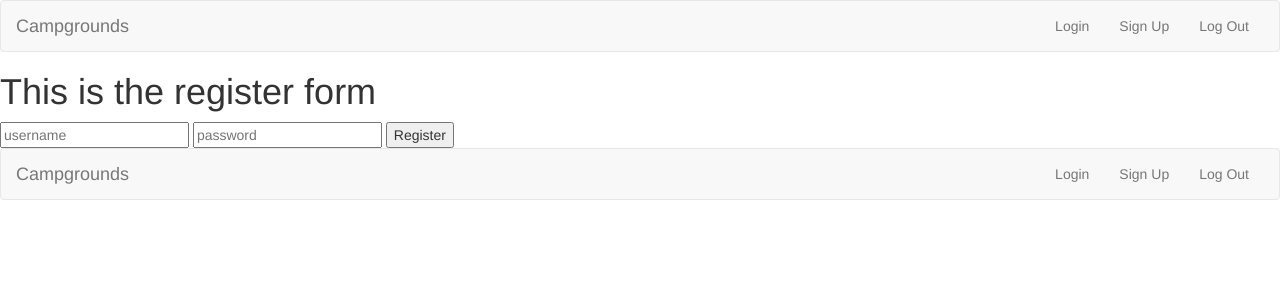
Repository: pichu0528/Web-Development
Page: http://localhost/register
The author's editor kept a record of every edit. The page is drawn from the files as they stood at one moment, then again after the next edit.
The browser window is 1280 px wide. The pictures show the whole page.
The page is served by the project's Node server (YelpCamp/v6/app.js). Other server files are loaded and not shown.

Above is the page before.
Console error (its wording comes from the project's code and is left out).

### YelpCamp/v6/views/register.ejs
<%include ./partials/header %>
<h1>This is the register form</h1>

<form action="/register" method="POST">
    <input type="text" name="username" placeholder="username">
    <input type="password" name="password" placeholder="password">
    <button>Register</button>
</form>
<%include ./partials/header %>

### YelpCamp/v6/views/partials/header.ejs
<!DOCTYPE html>
<html>
    <head>
        <title>YelpCamp</title>
        <script src="//maxcdn.bootstrapcdn.com/bootstrap/3.3.5/js/bootstrap.min.js"></script>
        <link rel="stylesheet" href="//maxcdn.bootstrapcdn.com/bootstrap/3.3.5/css/bootstrap.min.css">
        <link rel="stylesheet" href="/stylesheets/main.css">
    </head>
    <body>
        <nav class="navbar navbar-default">
            <div class="container-fluid">
                <div class="navbar-header">
                    <a class="navbar-brand" href="/">Campgrounds</a>
                </div>
                <div class="collapse navbar-collapse">
                    <ul class="nav navbar-nav navbar-right">
                        <li><a href="/login">Login</a></li>
                        <li><a href="/register">Sign Up</a></li>
                        <li><a href="/login">Log Out</a></li>
                    </ul>
                </div>
            </div>
        </nav>

### YelpCamp/v6/app.js
var express       = require("express"),
    app           = express(),
    bodyparser    = require("body-parser"),
    mongoose      = require("mongoose"),
    passport      = require("passport"),
    LocalStrategy = require("passport-local"),
    Campground    = require("./models/campground.js"),
    Comment       = require("./models/comment"),
    User          = require("./models/user"),
    seedDB        = require("./seeds");

/*Connecting to Mongo Database*/
mongoose.connect("mongodb://localhost:27017/yelp_camp",{ useNewUrlParser: true });



// var campgrounds = [
//     {name: "Mountain", image:"https://upload.wikimedia.org/wikipedia/commons/thumb/6/6e/Monasterio_Khor_Virap%2C_Armenia%2C_2016-10-01%2C_DD_25.jpg/1200px-Monasterio_Khor_Virap%2C_Armenia%2C_2016-10-01%2C_DD_25.jpg"},
//     {name: "Ocean", image:"https://kids.nationalgeographic.com/content/dam/kids/photos/articles/Nature/H-P/Habitats/Ocean/wave.ngsversion.1500050062134.adapt.1900.1.jpg"},
//     {name: "Jungle", image:"https://www.geckosadventures.com/sites/geckos/files/styles/low-quality/public/elements/product/hero/ecuador-amazon-jungle-river.jpg"},{name: "Mountain", image:"https://upload.wikimedia.org/wikipedia/commons/thumb/6/6e/Monasterio_Khor_Virap%2C_Armenia%2C_2016-10-01%2C_DD_25.jpg/1200px-Monasterio_Khor_Virap%2C_Armenia%2C_2016-10-01%2C_DD_25.jpg"},
//     {name: "Ocean", image:"https://kids.nationalgeographic.com/content/dam/kids/photos/articles/Nature/H-P/Habitats/Ocean/wave.ngsversion.1500050062134.adapt.1900.1.jpg"},
//     {name: "Jungle", image:"https://www.geckosadventures.com/sites/geckos/files/styles/low-quality/public/elements/product/hero/ecuador-amazon-jungle-river.jpg"},{name: "Mountain", image:"https://upload.wikimedia.org/wikipedia/commons/thumb/6/6e/Monasterio_Khor_Virap%2C_Armenia%2C_2016-10-01%2C_DD_25.jpg/1200px-Monasterio_Khor_Virap%2C_Armenia%2C_2016-10-01%2C_DD_25.jpg"},
//     {name: "Ocean", image:"https://kids.nationalgeographic.com/content/dam/kids/photos/articles/Nature/H-P/Habitats/Ocean/wave.ngsversion.1500050062134.adapt.1900.1.jpg"},
//     {name: "Jungle", image:"https://www.geckosadventures.com/sites/geckos/files/styles/low-quality/public/elements/product/hero/ecuador-amazon-jungle-river.jpg"}
// ];

app.use(bodyparser.urlencoded({extended:true}));
app.set("view engine", "ejs");
app.use(express.static(__dirname + "/public")); // linking CSS stylesheet
//seedDB();

// Passport Configuration
app.use(require("express-session")({
    secret: "This can be anything that we want",
    resave: false,
    saveUninitialized: false
}));
app.use(passport.initialize());
app.use(passport.session());
passport.use(new LocalStrategy(User.authenticate()));
passport.serializeUser(User.serializeUser());
passport.deserializeUser(User.deserializeUser());

// Middleware - Passing {currentUser: req.user} into every route
app.use(function(req,res,next){
    res.locals.currentUser = req.user;
    next();
});

app.get("/", function(req,res){
   res.render("landing");
});

//INDEX - show all campgrounds
app.get("/campgrounds", function(req, res){
    // Get all campgrounds from DB
    Campground.find({},function(err,allCampgrounds){
        if(err){
            console.log(err);
        }
        else{
            res.render("campgrounds/index",{campgrounds:allCampgrounds});
        }
    })
    // res.render("campgrounds",{campgrounds:campgrounds});
});

// CREATE - add campground to DB
app.post("/campgrounds", function(req,res){
   // get data from form and add to campgrounds array
   var name= req.body.name;
   var image=req.body.image;
   var desc = req.body.description;
   var newCampground = {name: name, image: image, description: desc};
   // Create a new campground and save to DB
   Campground.create(newCampground, function(err,newlyCreated){
       if(err){
           console.log(err);
       }
       else{
           res.redirect("/campgrounds");
       }
   });
   // campgrounds.push(newCampground);
   // redirect back to campgrounds page
   // res.redirect("/campgrounds");
});

// NEW - show form to create new campground
app.get("/campgrounds/new", function(req,res){
   res.render("campgrounds/new");
});

// SHOW - shows more info about one campground
app.get("/campgrounds/:id", function(req,res){
    // find the campground with provided ID
    Campground.findById(req.params.id).populate("comments").exec( function(err,foundCampground){
        if(err){
            console.log(err);
        }
        else{
            console.log(foundCampground);
            // render show template with that campground
            res.render("campgrounds/show", {campground: foundCampground});
        }
    });
});

// ===============================
// Comment Routes
// ===============================

app.get("/campgrounds/:id/comments/new", isLoggedIn, function(req,res){
    // Find campground by id
    Campground.findById(req.params.id, function(err,campground){
        if(err){
            console.log(err);
        }else{
            res.render("comments/new",{campground:campground});
        }
    });

});

app.post("/campgrounds/:id/comments", isLoggedIn, function(req,res){
    // Lookup campground using ID
    Campground.findById(req.params.id, function(err, campground){
        if(err){
            console.log(err);
            res.redirect("/campgrounds");
        }else{
            // Create new comment
            Comment.create(req.body.comment, function(err,comment){
                if(err){
                    console.log(err);
                }else{
                    // Connect new comment to campground
                    campground.comments.push(comment);
                    campground.save();
                    // Redirect to campground showpage
                    res.redirect("/campgrounds/" + campground._id);
                }
            });
        }
    });
});

// ===============================
// Auth Routes
// ===============================

// Show Register Form
app.get("/register", function(req,res){
    res.render("register");
});
// Handle Signup Logic
app.post("/register", function(req,res){
    var newUser = new User({username: req.body.username});
    User.register(newUser, req.body.password, function(err,user){
        if(err){
            console.log(err);
            return res.render("register");
        }
        passport.authenticate("local")(req,res,function(){
            res.redirect("/campgrounds");
        });
    });
});

// Show Login Form
app.get("/login", function(req,res){
    res.render("login");
});
// Handle Login Logic
app.post("/login", passport.authenticate("local", {
    successRedirect: "/campgrounds",
    failureRedirect: "/login"
}), function(req,res){

});

// Logout Logic
app.get("/logout", function(req,res){
    req.logout();
    res.redirect("/campgrounds");
});

function isLoggedIn(req, res, next){
    if(req.isAuthenticated()){
        return next();
    }
    res.redirect("/login");
}

app.listen(process.env.PORT, process.env.IP, function(){
   console.log("YelpCamp Started");
});

### YelpCamp/v6/public/stylesheets/main.css
.thumbnail{
    padding:0;
}
.thumbnail img{
    width:100%;
}
.thumbnail .caption-full{
    padding:9px;
}

Loaded but not shown: YelpCamp/v6/views/partials/footer.ejs (common file)

After the next edit:
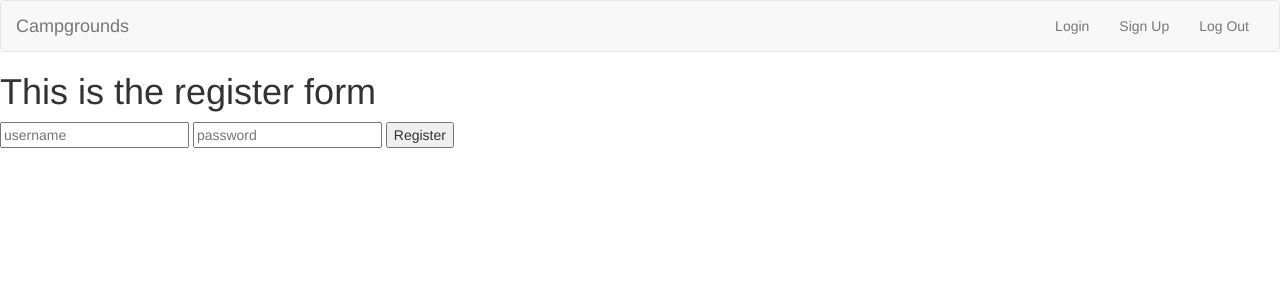
The edit:
--- a/YelpCamp/v6/views/register.ejs
+++ b/YelpCamp/v6/views/register.ejs
@@ -6,4 +6,4 @@
     <input type="password" name="password" placeholder="password">
     <button>Register</button>
 </form>
-<%include ./partials/header %>
+<%include ./partials/footer %>
